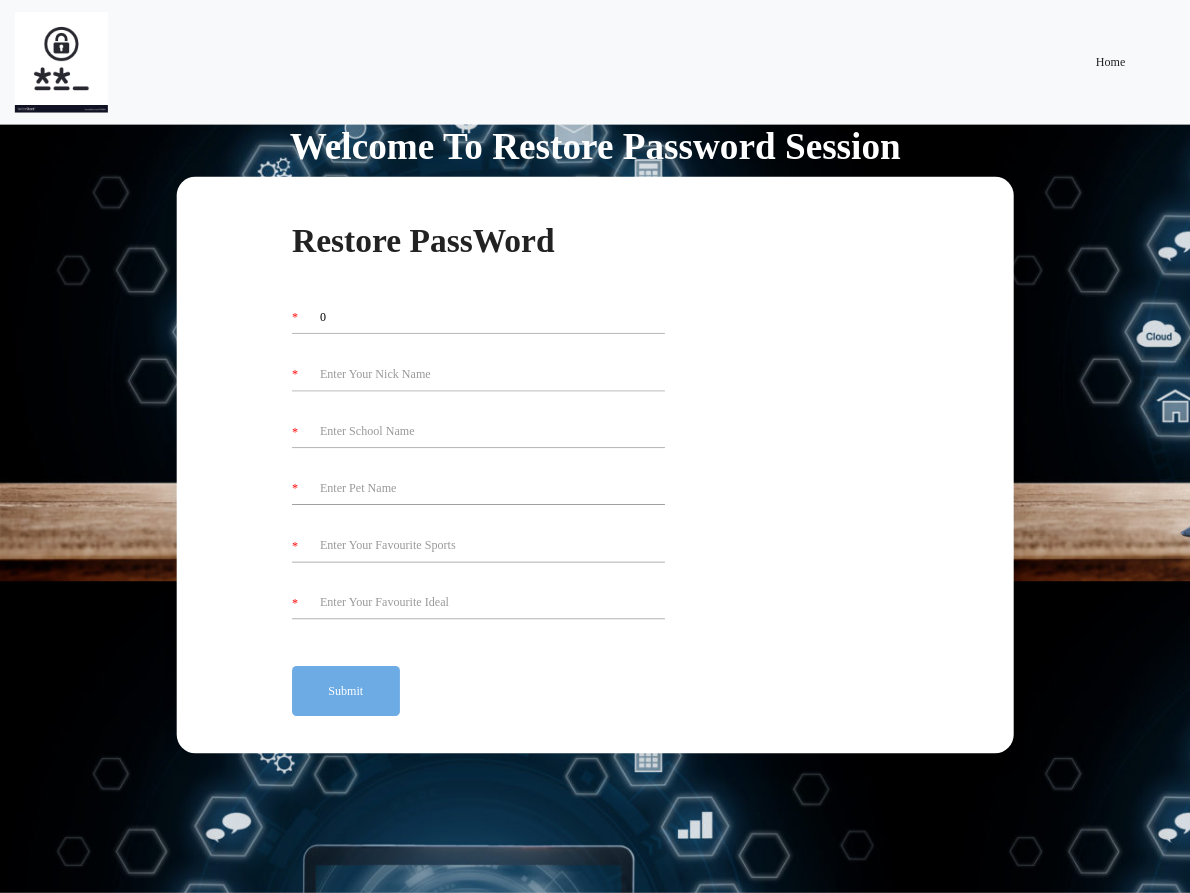
Repository: Sunil-731820/AllWorkingModels
Page: http://localhost/PasswordManagerApp/AddQuestionForFutureRestorePassword.jsp
These files come from the project's save history. The page is drawn as it stood at one moment and after the next save; the edit follows.
The browser window is 1280 px wide. The pictures show the whole page, at 93% of full size.
Some web fonts or font styles are not loaded; a fallback is used. Some web libraries are served in a nearby version. The page is served by Tomcat 9. Queries for data that is not in the repository find no rows.

Above is the page before, as saved 2022-09-28 04:15:07.

After the next save:
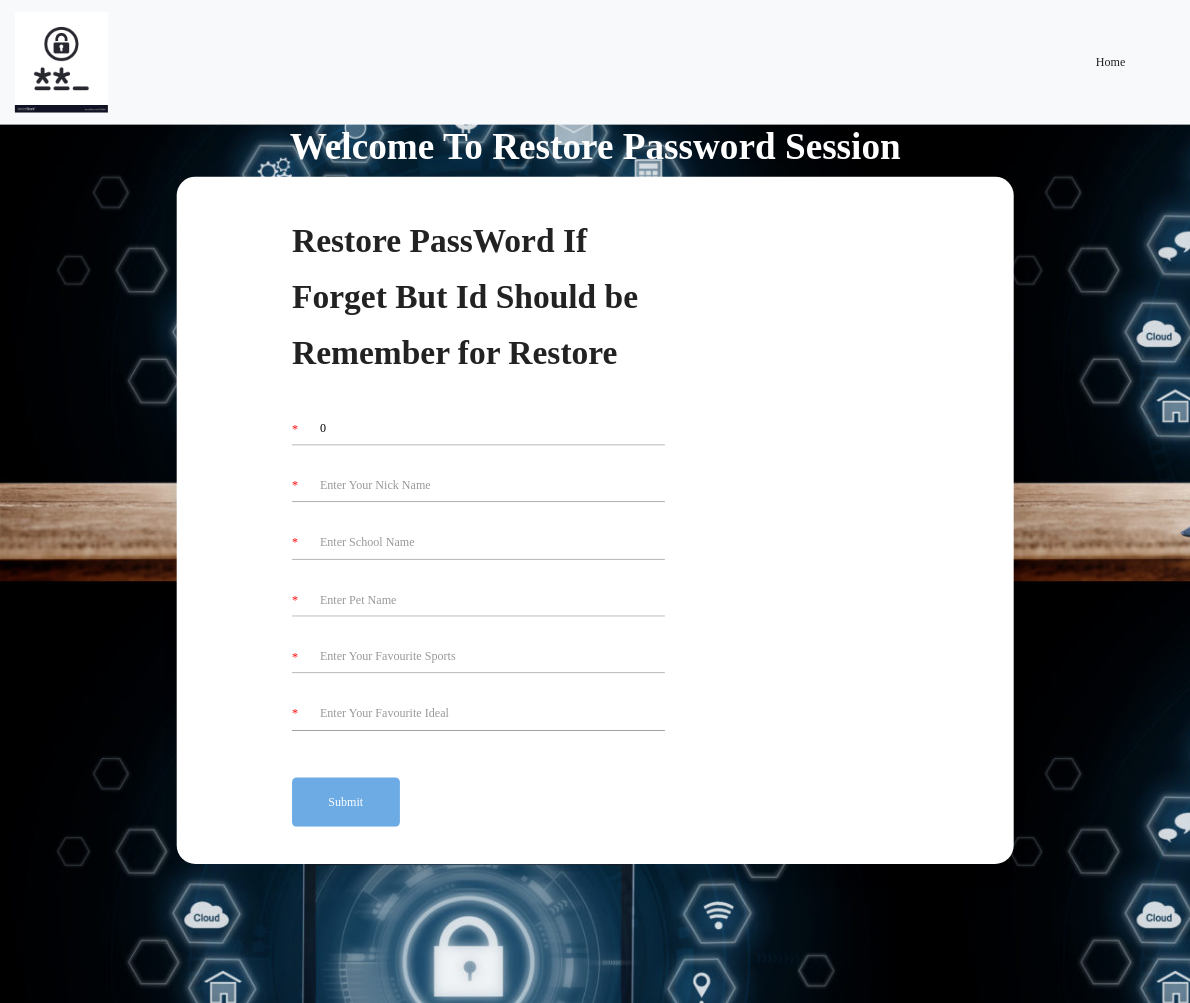
Saved 2 min 9 s later.
--- a/PasswordManagerApp/src/main/webapp/AddQuestionForFutureRestorePassword.jsp
+++ b/PasswordManagerApp/src/main/webapp/AddQuestionForFutureRestorePassword.jsp
@@ -78,7 +78,7 @@
                 <div class="container">
                     <div class="signup-content">
                         <div class="signup-form">
-                            <h2 class="form-title">Restore PassWord</h2>
+                            <h2 class="form-title">Restore PassWord If Forget But Id Should be Remember for Restore</h2>
                             <form class="register-form" id="register-form">
                             <div class="form-group">
                                     <label for="email" class="required"><i class="zmdi zmdi-email"></i></label>

After the save that followed:
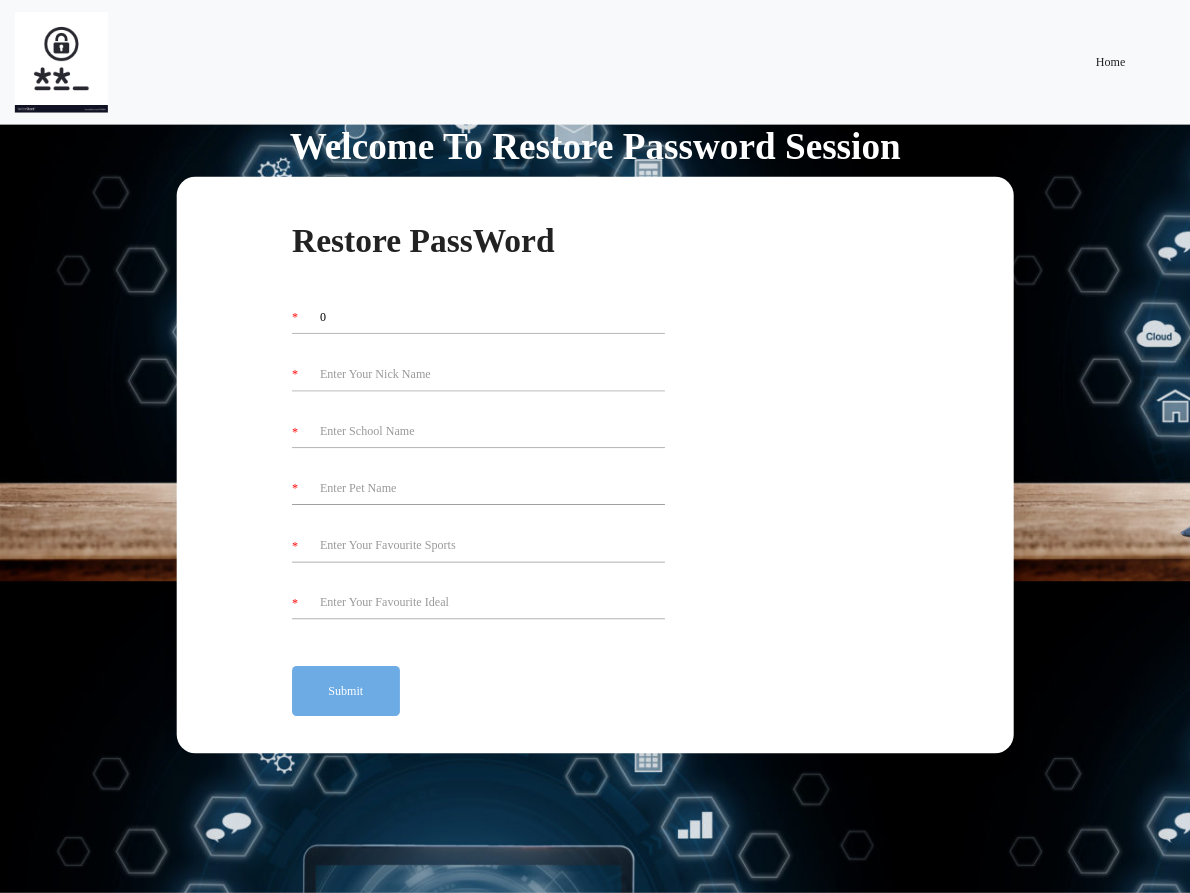
Saved 32 s later.
--- a/PasswordManagerApp/src/main/webapp/AddQuestionForFutureRestorePassword.jsp
+++ b/PasswordManagerApp/src/main/webapp/AddQuestionForFutureRestorePassword.jsp
@@ -78,7 +78,7 @@
                 <div class="container">
                     <div class="signup-content">
                         <div class="signup-form">
-                            <h2 class="form-title">Restore PassWord If Forget But Id Should be Remember for Restore</h2>
+                            <h2 class="form-title">Restore PassWord </h2>
                             <form class="register-form" id="register-form">
                             <div class="form-group">
                                     <label for="email" class="required"><i class="zmdi zmdi-email"></i></label>
